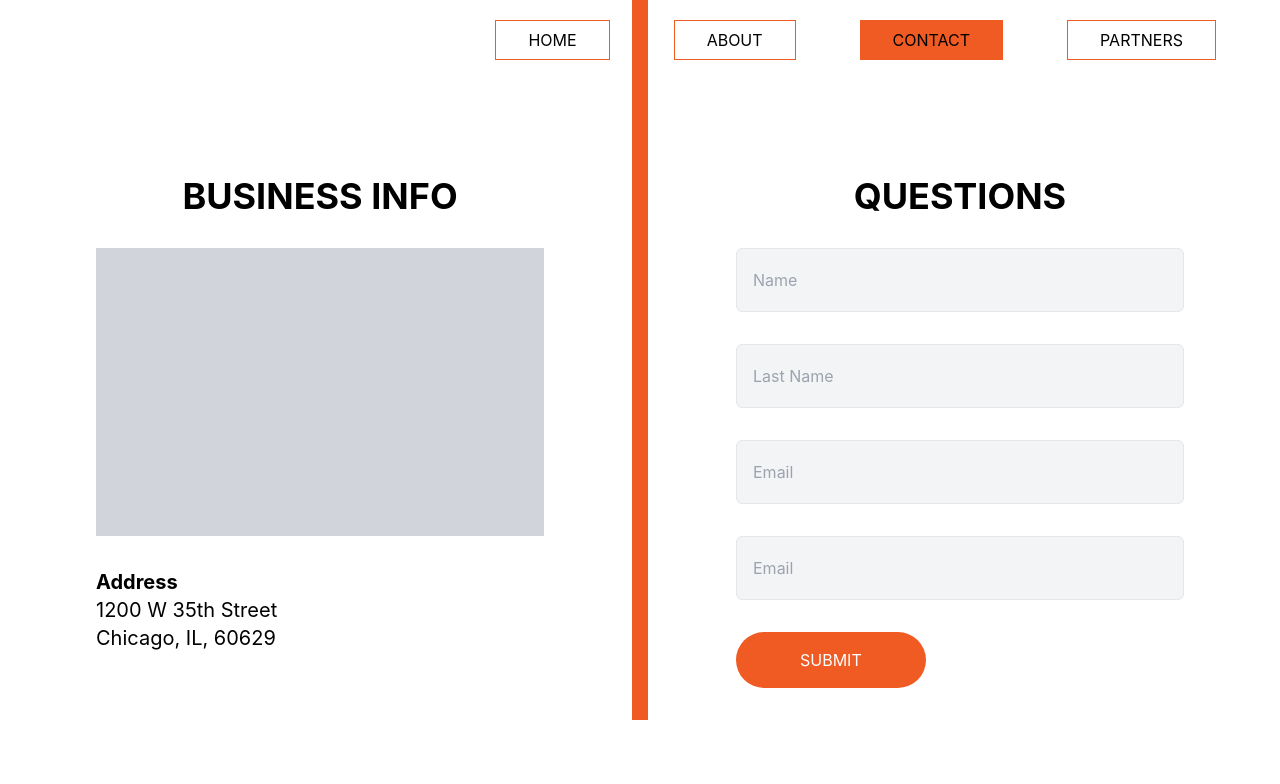
Repository: legenddev1202/whyclicktv
Page: /contact
An editor plug-in stored every save of this project. The page is shown before and after the next save, followed by the edit.
The browser window is 1280 px wide. The pictures show the whole page.
The project was rebuilt for these pictures with package versions that can differ from the ones it lists, and the page was loaded fresh each time. Also part of the build but not shown: src/App.css, src/pages/home.js, src/pages/about.js, src/pages/partners.js, src/pages/referral.js.

Above is the page before, as saved 2022-03-31 10:44:23.

### src/index.css
@tailwind base;
@tailwind components;
@tailwind utilities;

body {
  margin: 0;
  font-family: -apple-system, BlinkMacSystemFont, "Segoe UI", "Roboto", "Oxygen",
    "Ubuntu", "Cantarell", "Fira Sans", "Droid Sans", "Helvetica Neue",
    sans-serif;
  -webkit-font-smoothing: antialiased;
  -moz-osx-font-smoothing: grayscale;
  height: 100%;
  min-height: 500px;
}

code {
  font-family: source-code-pro, Menlo, Monaco, Consolas, "Courier New",
    monospace;
}

### src/App.js
import { Routes, Route, Link } from "react-router-dom";
import "./App.css";
import Home from "./pages/home";
import About from "./pages/about";
import Contact from "./pages/contact";
import Partners from "./pages/partners";
import Referral from "./pages/referral";

function App() {
  return (
    <Routes>
      <Route path="/" element={<Home />} />
      <Route path="about" element={<About />} />
      <Route path="contact" element={<Contact />} />
      <Route path="partners" element={<Partners />} />
      <Route path="referrel" element={<Referral />} />
    </Routes>
  );
}

export default App;

### src/pages/contact.js
import React from "react";
import { Routes, Route, Link } from "react-router-dom";

function Contact() {
  return (
    <div className="relative h-full w-full" style={{ height: "100vh" }}>
      <div className="bg-transparent w-full h-20 flex items-center px-8 justify-between z-20 absolute">
        <div></div>
        <div className="bg-transparent">
          <button
            className="h-10 px-8 mx-8 border"
            style={{ borderColor: "#F05A23", backgroundColor: "white" }}
          >
            <Link to="/">HOME</Link>
          </button>
          <button
            className="h-10 px-8 mx-8 border"
            style={{ borderColor: "#F05A23", backgroundColor: "white" }}
          >
            <Link to="/about">ABOUT</Link>
          </button>
          <button
            className="h-10 px-8 mx-8 border"
            style={{ borderColor: "#F05A23", backgroundColor: "#F05A23" }}
          >
            <Link to="/contact">CONTACT</Link>
          </button>
          <button
            className="h-10 px-8 mx-8 border"
            style={{ borderColor: "#F05A23" }}
          >
            <Link to="/partners">PARTNERS</Link>
          </button>
        </div>
      </div>
      <div
        className="absolute w-4 h-full left-0 right-0 mx-auto z-10"
        style={{ backgroundColor: "#F05A23", height: "100vh" }}
      ></div>
      <div className="w-full mt-20 absolute p-12 flex">
        <div className="w-1/2 p-12 pr-24 flex flex-col items-center">
          <div className="text-4xl font-bold">BUSINESS INFO</div>
          <div className="w-full h-72 bg-gray-300 mt-8"></div>
          <div className="mt-8 self-start">
            <div className="text-xl font-bold">Address</div>
            <div className="text-xl">1200 W 35th Street </div>
            <div className="text-xl">Chicago, IL, 60629 </div>
          </div>
        </div>
        <div className="w-1/2 p-12 pl-24 flex flex-col items-center">
          <div className="text-4xl font-bold">QUESTIONS</div>
          <div className="w-full mt-8">
            <input
              className="w-full rounded-md h-16 border px-4 bg-gray-100"
              placeholder="Name"
            ></input>
            <div className="w-full mt-8">
              <input
                className="w-full rounded-md h-16 border px-4 bg-gray-100"
                placeholder="Last Name"
              ></input>
            </div>
            <div className="w-full mt-8">
              <input
                className="w-full rounded-md h-16 border px-4 bg-gray-100"
                placeholder="Email"
              ></input>
            </div>
            <div className="w-full mt-8">
              <input
                className="w-full rounded-md h-16 border px-4 bg-gray-100"
                placeholder="Email"
              ></input>
            </div>
          </div>
          <div className="self-start mt-8">
            <button
              className="p-4 rounded-full px-16"
              style={{ backgroundColor: "#F05A23", color: "white" }}
            >
              SUBMIT
            </button>
          </div>
        </div>
      </div>
    </div>
  );
}

export default Contact;

Loaded but not shown: public/index.html (common file); src/index.js (common file); src/reportWebVitals.js (common file); tailwind.config.js (common file)

After the next save:
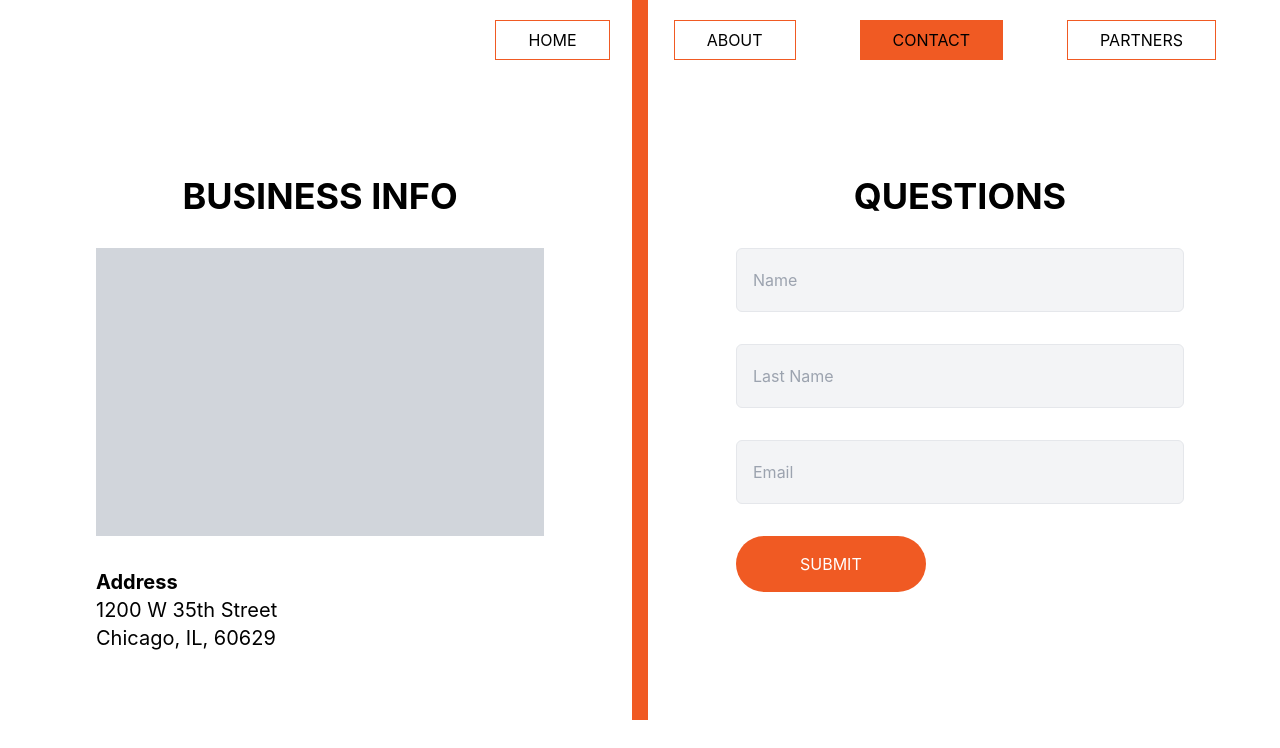
Saved 32 s later.
--- a/src/pages/contact.js
+++ b/src/pages/contact.js
@@ -60,12 +60,7 @@
                 placeholder="Last Name"
               ></input>
             </div>
-            <div className="w-full mt-8">
-              <input
-                className="w-full rounded-md h-16 border px-4 bg-gray-100"
-                placeholder="Email"
-              ></input>
-            </div>
+
             <div className="w-full mt-8">
               <input
                 className="w-full rounded-md h-16 border px-4 bg-gray-100"
